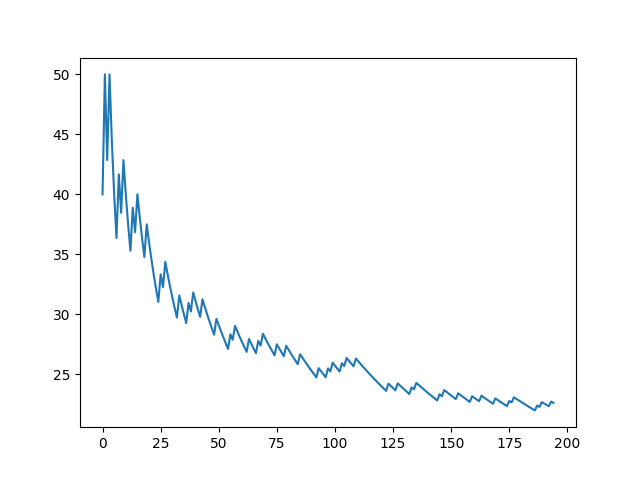
Repository: Vorztek/Data
Script's output: python Exercices_Python/Old_project/Maths_and_algorithms/Première_série_exo/génération_nombre_premiers.py
The author's editor kept a copy of each file at every save. The script's output is drawn from the files as they stood at one save, then again after the next save.
Random numbers start from a fixed seed.

Above is the script's output before, as saved 2021-07-28 16:34:43.

After the next save:
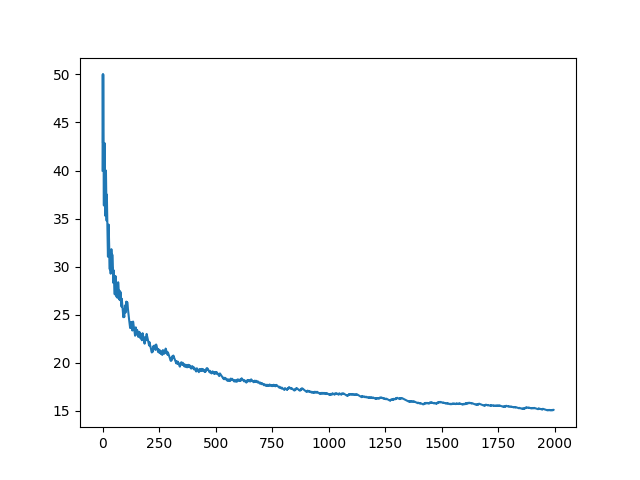
Saved 9 s later.
--- a/Exercices_Python/Old_project/Maths_and_algorithms/Première_série_exo/génération_nombre_premiers.py
+++ b/Exercices_Python/Old_project/Maths_and_algorithms/Première_série_exo/génération_nombre_premiers.py
@@ -25,7 +25,7 @@ def number_of_prime(n):
 def courbe():
     liste1 = []
     #valeur = int(input("Quelle est la valeur maximale souhaitée : "))
-    for n in range(5, 200):
+    for n in range(5, 2000):
         liste1.append(number_of_prime(n))
     return liste1
 
